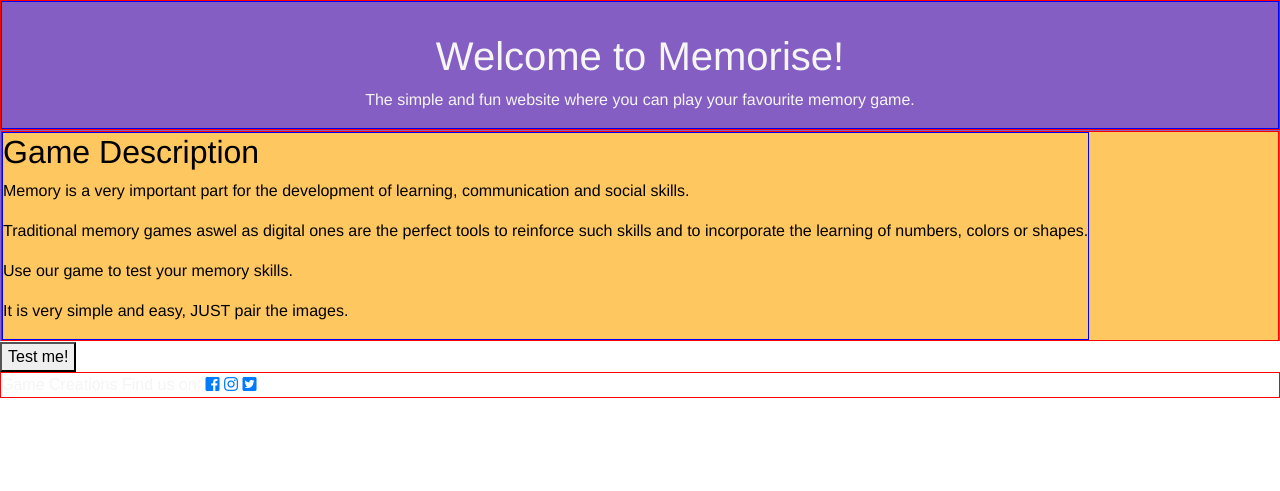
Repository: andna5980/memorise
Page: index.html
The author's editor kept a copy of each file at every save. The page is drawn from the files as they stood at one save, then again after the next save.
The browser window is 1280 px wide. The pictures show the whole page.
Some web fonts or font styles are not loaded; a fallback is used. Some web libraries are served in a nearby version.

Above is the page before, as saved 2021-04-22 17:41:06.

### index.html
<!DOCTYPE html>
<html lang="en">

<head>
    <meta charset="UTF-8">
    <meta http-equiv="X-UA-Compatible" content="IE=edge">
    <meta name="viewport" content="width=device-width, initial-scale=1.0">
    <meta name="author" content="Andres Navarrete">
    <meta name="description" content="Web-based Memory Game">
    <title>MEMORISE | GAME</title>
    <link rel="stylesheet" href="https://cdn.jsdelivr.net/npm/bootstrap@4.5.3/dist/css/bootstrap.min.css"
        integrity="sha384-TX8t27EcRE3e/ihU7zmQxVncDAy5uIKz4rEkgIXeMed4M0jlfIDPvg6uqKI2xXr2" crossorigin="anonymous">
    <link rel="stylesheet" href="https://use.fontawesome.com/releases/v5.6.3/css/all.css"
        integrity="sha384-UHRtZLI+pbxtHCWp1t77Bi1L4ZtiqrqD80Kn4Z8NTSRyMA2Fd33n5dQ8lWUE00s/" crossorigin="anonymous">
    <link href="./assets/styles/style.css" rel="stylesheet">

</head>

<body>
    <header>
        <div class="test-red">
            <div class="welcome-test test-blue">
                <h1>Welcome to Memorise!</h1>
                <p>
                    The simple and fun website where you can play your favourite memory game.
                </p>

            </div>
        </div>

        <div class="game-description row test-red">
            <div class="test-blue">
                <h2>Game Description</h2>
                <p>
                    Memory is a very important part for the development of  learning, communication and social skills.
                </p>
                <p>Traditional memory games aswel as digital ones are the perfect tools to reinforce such skills and to incorporate the learning of numbers, colors or shapes.</p>
                    Use our game to test your memory skills.
                </p>

                <p>It is very simple and easy, JUST pair the images. </p>

            </div>

        </div>
    </header>

    <button id="button">Test me!</button>

    <footer class="social-networks test-red">
        <span>Game Creations</span>
        <span>Find us on:</span>
        <a href="http://facebook.com" target="_blank"><i class="fab fa-facebook-square"></i></a>

        <a href="http://instagram.com" target="_blank"><i class="fab fa-instagram"></i></a>

        <a href="http://twitter.com" target="_blank"><i class="fab fa-twitter-square"></i></a>
      </div>

    </footer>

</body>

</html>

### assets/styles/style.css
@import url('https://fonts.googleapis.com/css2?family=Amatic+SC&family=Original+Surfer&display=swap');

body {
    font-family: Arial, Helvetica, sans-serif;
    color: whitesmoke;
    max-width: 2000px;
}

header {
    font-family: Original Surfer, Amatic, Helvetica;
    color: whitesmoke;
    background-color: #845EC2;
}


/*   ROWS AND COLUMM AREAS   */
.test-red{
    border:1px solid red
}

.test-blue {
    border: 1px solid blue;
}

/*------------------------------------------HEADER------------------------*/

.welcome-test {
    text-align: center;
    margin-top: 25px 0;
    padding-top: 30px;
}









/*----------------------------------GAME DESCRIPTION -----------------------*/

.game-description {
    margin: 1px;
    background-color: #FFC75F;
    color: black;
}










/*--------------------------------PLAY ZONE--------------------------------*/







/*--------------------------------FOOTER--------------------------------*/

After the next save:
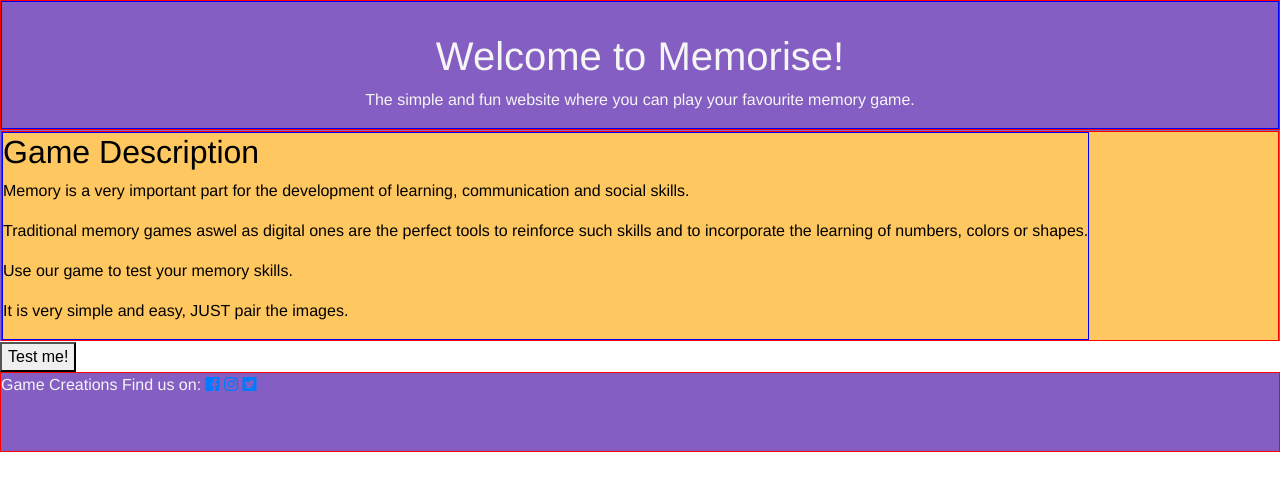
Saved 103 s later.
--- a/assets/styles/style.css
+++ b/assets/styles/style.css
@@ -64,3 +64,11 @@ header {
 
 
 /*--------------------------------FOOTER--------------------------------*/
+
+footer {
+    font-family: Original Surfer, Amatic, Helvetica;
+    color: whitesmoke;
+    background-color: #845EC2;
+    height: 80px;
+    width: 100%;
+}
